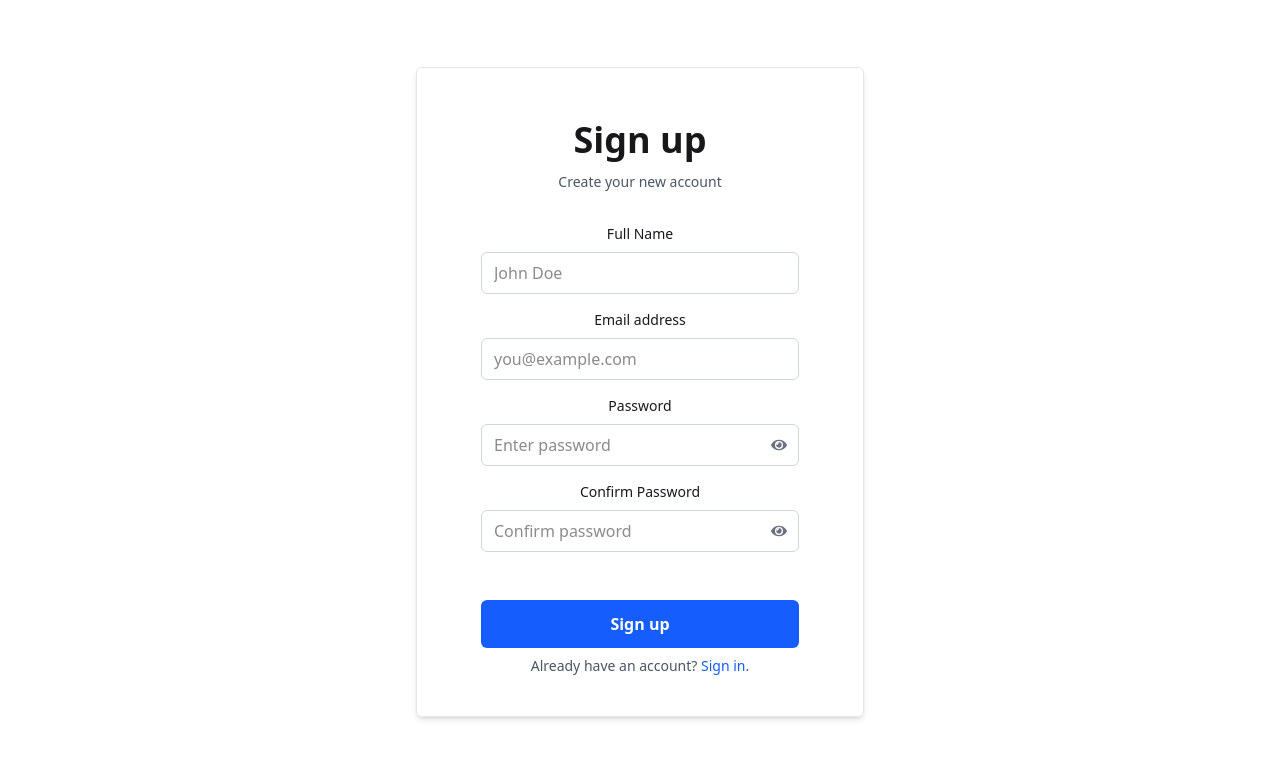
Repository: syedbayzid82849/DevForum_client_site
Page: /register
An editor plug-in stored every save of this project. The page is shown before and after a run of saves, followed by the edit.
The browser window is 1280 px wide. The pictures show the whole page.
The project was rebuilt for these pictures with package versions that can differ from the ones it lists, and the page was loaded fresh each time. Also part of the build but not shown: vite.config.js, src/App.jsx, src/components/Navbar/JoinUsModal.jsx, src/components/Navbar/Navbar.jsx, src/layouts/MainLayout/MainLayout.jsx, src/pages/Authentication/Login.jsx, src/pages/Home/HeroSection.jsx, src/pages/Home/Home.jsx.

Above is the page before, as saved 2025-07-08 22:56:27.

After the next 3 saves:
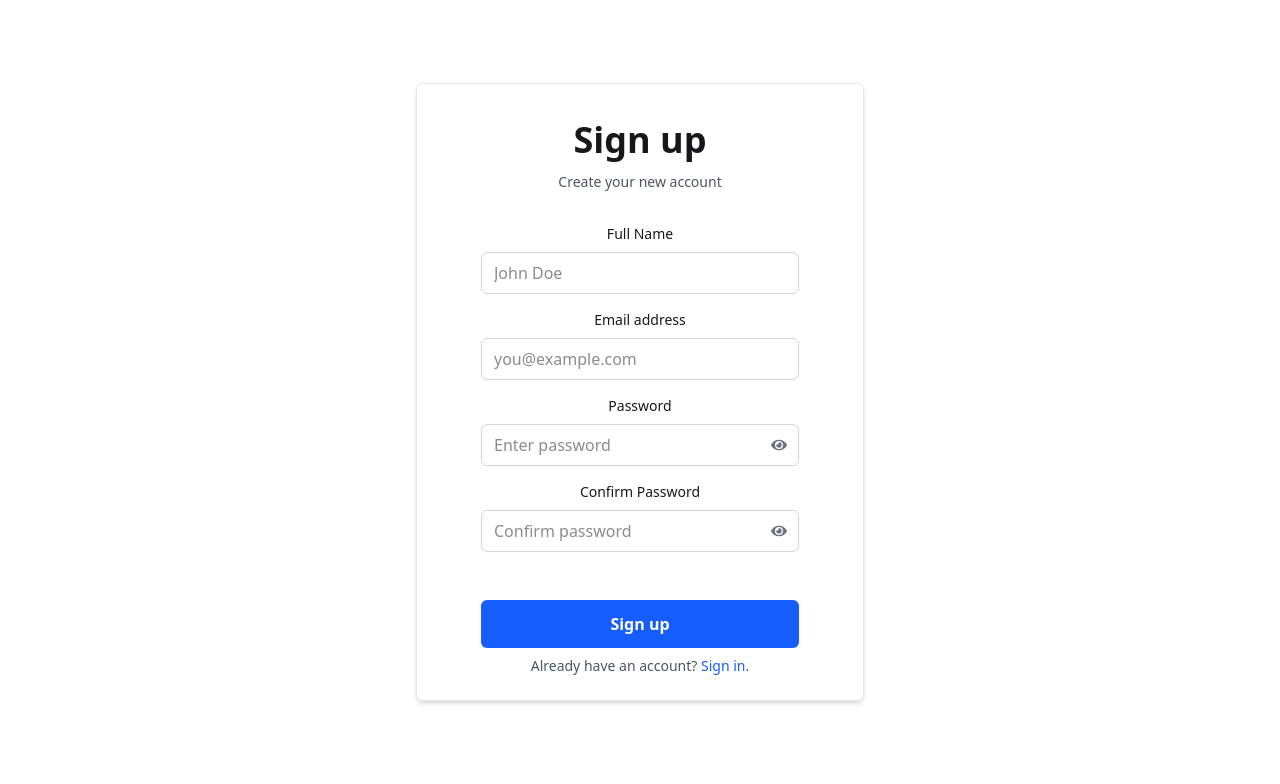
The 3 saves are shown as one change because they came seconds apart.
The last was saved 82 s later.
--- a/src/pages/Authentication/Register.jsx
+++ b/src/pages/Authentication/Register.jsx
@@ -14,7 +14,7 @@ const Register = () => {
     };
 
     return (
-        <div className="flex flex-col max-w-md p-6 rounded-md sm:p-10">
+        <div className="flex flex-col max-w-md p-6 rounded-md px-10">
             <div className="mb-8 text-center">
                 <h1 className="my-3 text-4xl font-bold">Sign up</h1>
                 <p className="text-sm text-gray-600">Create your new account</p>
